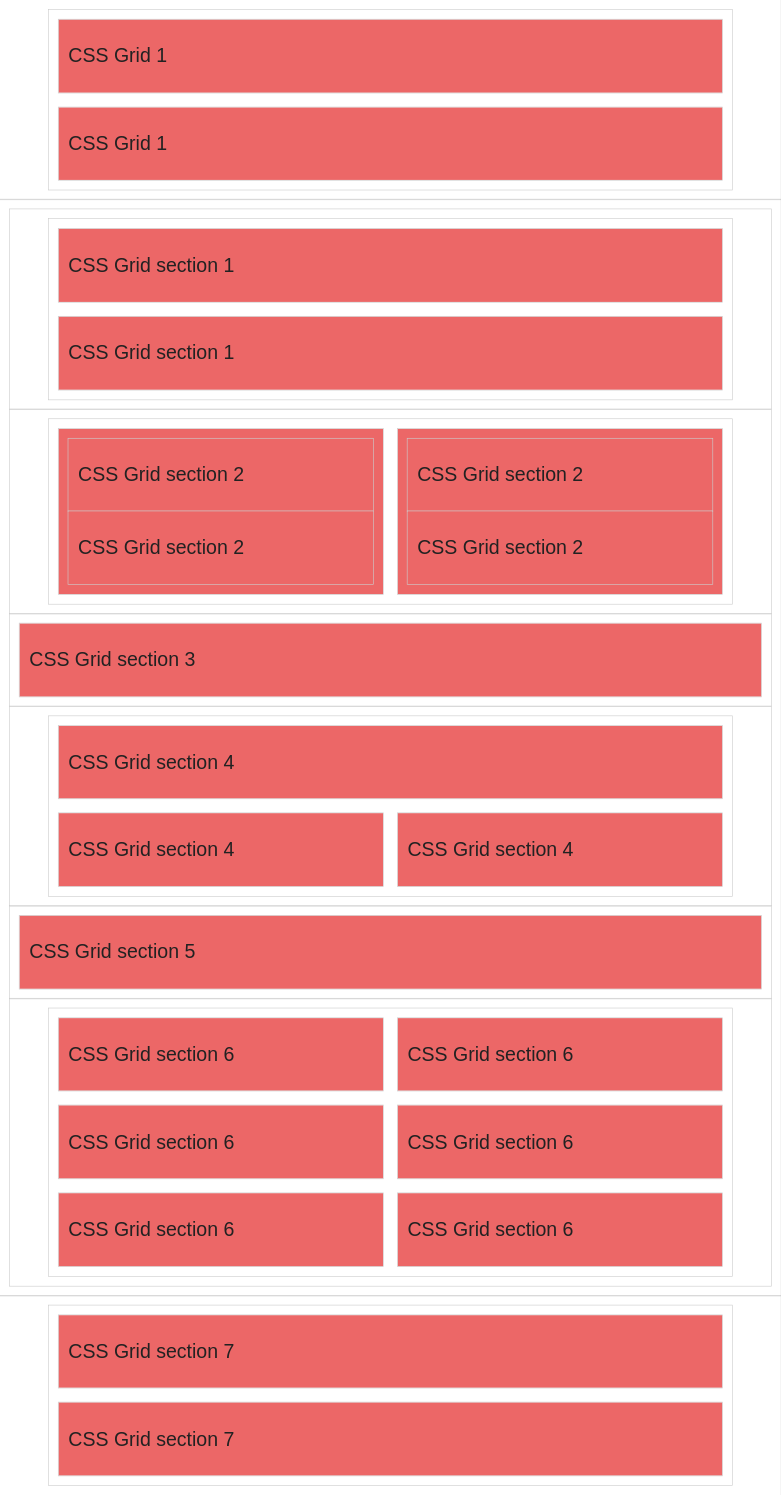
Repository: anoncoderin/madhu_kushal_html_layout
Page: metrosite_week4hw/index.html
An editor plug-in stored every save of this project. The page is shown before and after a run of saves, followed by the edit.
The browser window is 1280 px wide. The pictures show the whole page, at 61% of full size.

Above is the page before, as saved 2023-01-28 11:03:50.

### metrosite_week4hw/index.html
<!doctype html>
<html class="no-js" lang="EN">

<head>
  <meta charset="utf-8">
  <title>Metrolics</title>
  <meta name="description" content="Some demo test website">
  <meta name="viewport" content="width=device-width, initial-scale=1">

  <meta property="og:title" content="">
  <meta property="og:type" content="">
  <meta property="og:url" content="">
  <meta property="og:image" content="">

  <link rel="manifest" href="site.webmanifest">
  <link rel="apple-touch-icon" href="icon.png">
  <!-- Place favicon.ico in the root directory -->

  <link rel="stylesheet" href="css/normalize.css">
  <link rel="stylesheet" href="css/main.css">

  <meta name="theme-color" content="#fafafa">
</head>

<body>


  <script src="js/vendor/modernizr-3.11.2.min.js"></script>
  <script src="js/plugins.js"></script>
  <script src="js/main.js"></script>

  <!-- Google Analytics: change UA-XXXXX-Y to be your site's ID. -->
  <script>
    window.ga = function () { ga.q.push(arguments) }; ga.q = []; ga.l = +new Date;
    ga('create', 'UA-XXXXX-Y', 'auto'); ga('set', 'anonymizeIp', true); ga('set', 'transport', 'beacon'); ga('send', 'pageview')
  </script>
  <script src="https://www.google-analytics.com/analytics.js" async></script>

  <script src="js/vendor/modernizr-3.11.2.min.js"></script>
  <script src="js/plugins.js"></script>
  <script src="js/main.js"></script>

  <!-- Google Analytics: change UA-XXXXX-Y to be your site's ID. -->
  <script>
    window.ga = function () { ga.q.push(arguments) }; ga.q = []; ga.l = +new Date;
    ga('create', 'UA-XXXXX-Y', 'auto'); ga('set', 'anonymizeIp', true); ga('set', 'transport', 'beacon'); ga('send', 'pageview')
  </script>
  <script src="https://www.google-analytics.com/analytics.js" async></script>





  <header class="">
    <div class="row">
      <div class="col">
        <h1>CSS Grid 1</h1>
      </div>
      <div class="col">
        <h1>CSS Grid 1</h1>
      </div>
    </div>

  </header>


  <div class="main-container">
    <section>

      <div class="row">
        <div class="col">
          <h1>CSS Grid section 1</h1>
        </div>
        <div class="col">
          <h1>CSS Grid section 1</h1>
        </div>
      </div>


    </section>

    <section>

      <div class="row tab-col-2 ">
        <div class="col">
          <div class="col">
            <h1>CSS Grid section 2</h1>
          </div>
          <div class="col">
            <h1>CSS Grid section 2</h1>
          </div>
        </div>
        <div class="col">

          <div class="col">
            <h1>CSS Grid section 2</h1>
          </div>
          <div class="col">
            <h1>CSS Grid section 2</h1>
          </div>
        </div>
      </div>


    </section>
    <section>
      <div class="col">
        <h1>CSS Grid section 3</h1>
      </div>
    </section>

    <section>

      <div class="row tab-col-2 ",>
        <div class="col tab-row-span">

          <h1>CSS Grid section 4</h1>

        </div>
        <div class="col">
          <h1>CSS Grid section 4</h1>
        </div>

        <div class="col">

          <h1>CSS Grid section 4</h1>
        </div>



      </div>


    </section>

    <section>
      <div class="col">
        <h1>CSS Grid section 5</h1>
      </div>
    </section>

    <section>

      <div class="row tab-col-2">
        <div class="col">
          <h1>CSS Grid section 6</h1>
        </div>
        <div class="col">
          <h1>CSS Grid section 6</h1>
        </div>
        <div class="col">
          <h1>CSS Grid section 6</h1>
        </div>
        <div class="col">
          <h1>CSS Grid section 6</h1>
        </div>

        <div class="col">
          <h1>CSS Grid section 6</h1>
        </div>
        <div class="col">
          <h1>CSS Grid section 6</h1>
        </div>
      </div>
    </section>
  </div>

  <footer>
    <div class="row">
      <div class="col">
        <h1>CSS Grid section 7</h1>
      </div>
      <div class="col">
        <h1>CSS Grid section 7</h1>
      </div>
    </div>

  </footer>









</body>

</html>

### metrosite_week4hw/css/main.css
/*! HTML5 Boilerplate v8.0.0 | MIT License | https://html5boilerplate.com/ */

/* main.css 2.1.0 | MIT License | https://github.com/h5bp/main.css#readme */
/*
 * What follows is the result of much research on cross-browser styling.
 * Credit left inline and big thanks to Nicolas Gallagher, Jonathan Neal,
 * Kroc Camen, and the H5BP dev community and team.
 */

/* ==========================================================================
   Base styles: opinionated defaults
   ========================================================================== */

html {
  color: #222;
  font-size: 1em;
  line-height: 1.4;
}

/*
 * Remove text-shadow in selection highlight:
 * https://twitter.com/miketaylr/status/12228805301
 *
 * Vendor-prefixed and regular ::selection selectors cannot be combined:
 * https://stackoverflow.com/a/16982510/7133471
 *
 * Customize the background color to match your design.
 */

::-moz-selection {
  background: #b3d4fc;
  text-shadow: none;
}

::selection {
  background: #b3d4fc;
  text-shadow: none;
}

div,
main,
header,
section,
footer{
  outline: 1px solid #ccc;
  min-height: 1rem;
  padding: 1rem;
}

*,
*:before,
*:after{
  box-sizing: border-box;
}

img{
  width: 100%;
}


h1,
h2,
h3,
h4,
h5,
h6 {
  font-family:Arial, Helvetica, sans-serif;
  font-weight: 300;
}

p{
  font-family:Arial, Helvetica, sans-serif;
}

.row{
  display: grid;
  row-gap: 1rem;
}
.col{
  position: relative;
  background-color: rgb(236, 103, 103);
}

/* Small only */
@media screen and (max-width: 39.9375em) {}
/* Medium and up */
@media screen and (min-width: 40em) {
  .row{
    max-width: 70rem;
    column-gap: 1.5rem;
    row-gap: 1.5rem;
    margin: 0 auto;
  }
  .tab-col-2{
    grid-template-columns: 1fr 1fr;

  }
  .tab-col-3{
    grid-template-columns: repeat(3, 1fr);

}
.tab-col-4{
  grid-template-columns: repeat(4,1fr);
}

.tab-row-span{
  grid-column-start: 1;
  grid-column-end: -1;
}
}
/* Medium only */
@media screen and (min-width: 40em) and
(max-width: 63.9375em) {}
/* Large and up */
@media screen and (min-width: 64em) {}
/* Large only */
@media screen and (min-width: 64em) and
(max-width: 74.9375em) {}


/*
 * A better looking default horizontal rule
 */

hr {
  display: block;
  height: 1px;
  border: 0;
  border-top: 1px solid #ccc;
  margin: 1em 0;
  padding: 0;
}

/*
 * Remove the gap between audio, canvas, iframes,
 * images, videos and the bottom of their containers:
 * https://github.com/h5bp/html5-boilerplate/issues/440
 */

audio,
canvas,
iframe,
img,
svg,
video {
  vertical-align: middle;
}

/*
 * Remove default fieldset styles.
 */

fieldset {
  border: 0;
  margin: 0;
  padding: 0;
}

/*
 * Allow only vertical resizing of textareas.
 */

textarea {
  resize: vertical;
}

/* ==========================================================================
   Author's custom styles
   ========================================================================== */

/* ==========================================================================
   Helper classes
   ========================================================================== */

/*
 * Hide visually and from screen readers
 */

.hidden,
[hidden] {
  display: none !important;
}

/*
 * Hide only visually, but have it available for screen readers:
 * https://snook.ca/archives/html_and_css/hiding-content-for-accessibility
 *
 * 1. For long content, line feeds are not interpreted as spaces and small width
 *    causes content to wrap 1 word per line:
 *    https://medium.com/@jessebeach/beware-smushed-off-screen-accessible-text-5952a4c2cbfe
 */

.sr-only {
  border: 0;
  clip: rect(0, 0, 0, 0);
  height: 1px;
  margin: -1px;
  overflow: hidden;
  padding: 0;
  position: absolute;
  white-space: nowrap;
  width: 1px;
  /* 1 */
}

/*
 * Extends the .sr-only class to allow the element
 * to be focusable when navigated to via the keyboard:
 * https://www.drupal.org/node/897638
 */

.sr-only.focusable:active,
.sr-only.focusable:focus {
  clip: auto;
  height: auto;
  margin: 0;
  overflow: visible;
  position: static;
  white-space: inherit;
  width: auto;
}

/*
 * Hide visually and from screen readers, but maintain layout
 */

.invisible {
  visibility: hidden;
}

/*
 * Clearfix: contain floats
 *
 * For modern browsers
 * 1. The space content is one way to avoid an Opera bug when the
 *    `contenteditable` attribute is included anywhere else in the document.
 *    Otherwise it causes space to appear at the top and bottom of elements
 *    that receive the `clearfix` class.
 * 2. The use of `table` rather than `block` is only necessary if using
 *    `:before` to contain the top-margins of child elements.
 */

.clearfix::before,
.clearfix::after {
  content: " ";
  display: table;
}

.clearfix::after {
  clear: both;
}

/* ==========================================================================
   EXAMPLE Media Queries for Responsive Design.
   These examples override the primary ('mobile first') styles.
   Modify as content requires.
   ========================================================================== */

@media only screen and (min-width: 35em) {
  /* Style adjustments for viewports that meet the condition */
}

@media print,
  (-webkit-min-device-pixel-ratio: 1.25),
  (min-resolution: 1.25dppx),
  (min-resolution: 120dpi) {
  /* Style adjustments for high resolution devices */
}

/* ==========================================================================
   Print styles.
   Inlined to avoid the additional HTTP request:
   https://www.phpied.com/delay-loading-your-print-css/
   ========================================================================== */

@media print {
  *,
  *::before,
  *::after {
    background: #fff !important;
    color: #000 !important;
    /* Black prints faster */
    box-shadow: none !important;
    text-shadow: none !important;
  }

  a,
  a:visited {
    text-decoration: underline;
  }

  a[href]::after {
    content: " (" attr(href) ")";
  }

  abbr[title]::after {
    content: " (" attr(title) ")";
  }

  /*
   * Don't show links that are fragment identifiers,
   * or use the `javascript:` pseudo protocol
   */
  a[href^="#"]::after,
  a[href^="javascript:"]::after {
    content: "";
  }

  pre {
    white-space: pre-wrap !important;
  }

  pre,
  blockquote {
    border: 1px solid #999;
    page-break-inside: avoid;
  }

  /*
   * Printing Tables:
   * https://web.archive.org/web/20180815150934/http://css-discuss.incutio.com/wiki/Printing_Tables
   */
  thead {
    display: table-header-group;
  }

  tr,
  img {
    page-break-inside: avoid;
  }

  p,
  h2,
  h3 {
    orphans: 3;
    widows: 3;
  }

  h2,
  h3 {
    page-break-after: avoid;
  }
}

### metrosite_week4hw/js/plugins.js
// Avoid `console` errors in browsers that lack a console.
(function() {
  var method;
  var noop = function () {};
  var methods = [
    'assert', 'clear', 'count', 'debug', 'dir', 'dirxml', 'error',
    'exception', 'group', 'groupCollapsed', 'groupEnd', 'info', 'log',
    'markTimeline', 'profile', 'profileEnd', 'table', 'time', 'timeEnd',
    'timeline', 'timelineEnd', 'timeStamp', 'trace', 'warn'
  ];
  var length = methods.length;
  var console = (window.console = window.console || {});

  while (length--) {
    method = methods[length];

    // Only stub undefined methods.
    if (!console[method]) {
      console[method] = noop;
    }
  }
}());

// Place any jQuery/helper plugins in here.

Loaded but not shown: metrosite_week4hw/css/normalize.css (library); metrosite_week4hw/js/vendor/modernizr-3.11.2.min.js (library); metrosite_week4hw/js/main.js (no stored copy; drawn as an empty file)

After the next 4 saves:
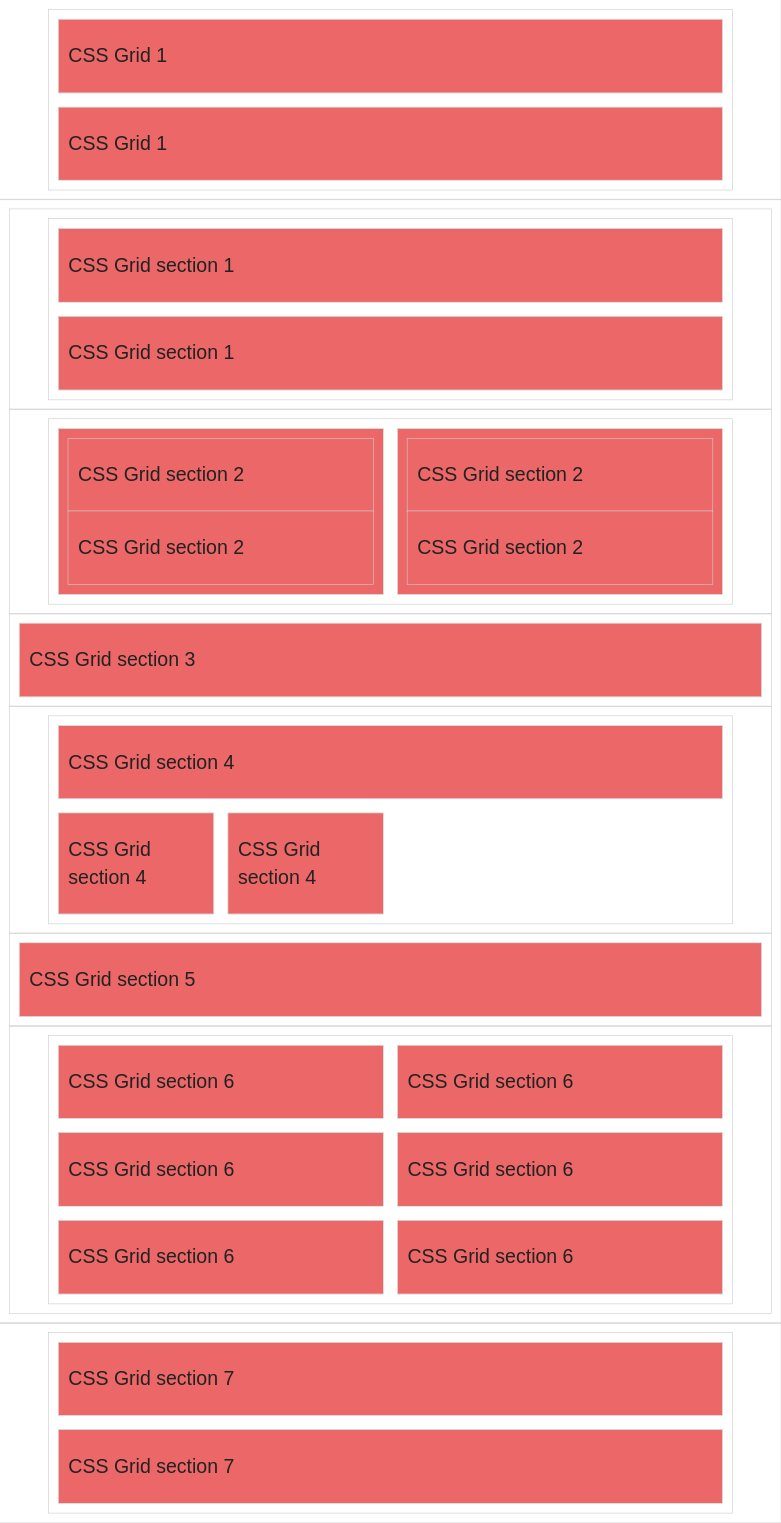
The 4 saves are shown as one change because they came seconds apart.
The last was saved 11 s later.
--- a/metrosite_week4hw/index.html
+++ b/metrosite_week4hw/index.html
@@ -111,7 +111,7 @@
 
     <section>
 
-      <div class="row tab-col-2 ",>
+      <div class="row tab-col-2 tab-col-4",>
         <div class="col tab-row-span">
 
           <h1>CSS Grid section 4</h1>

After the save that followed:
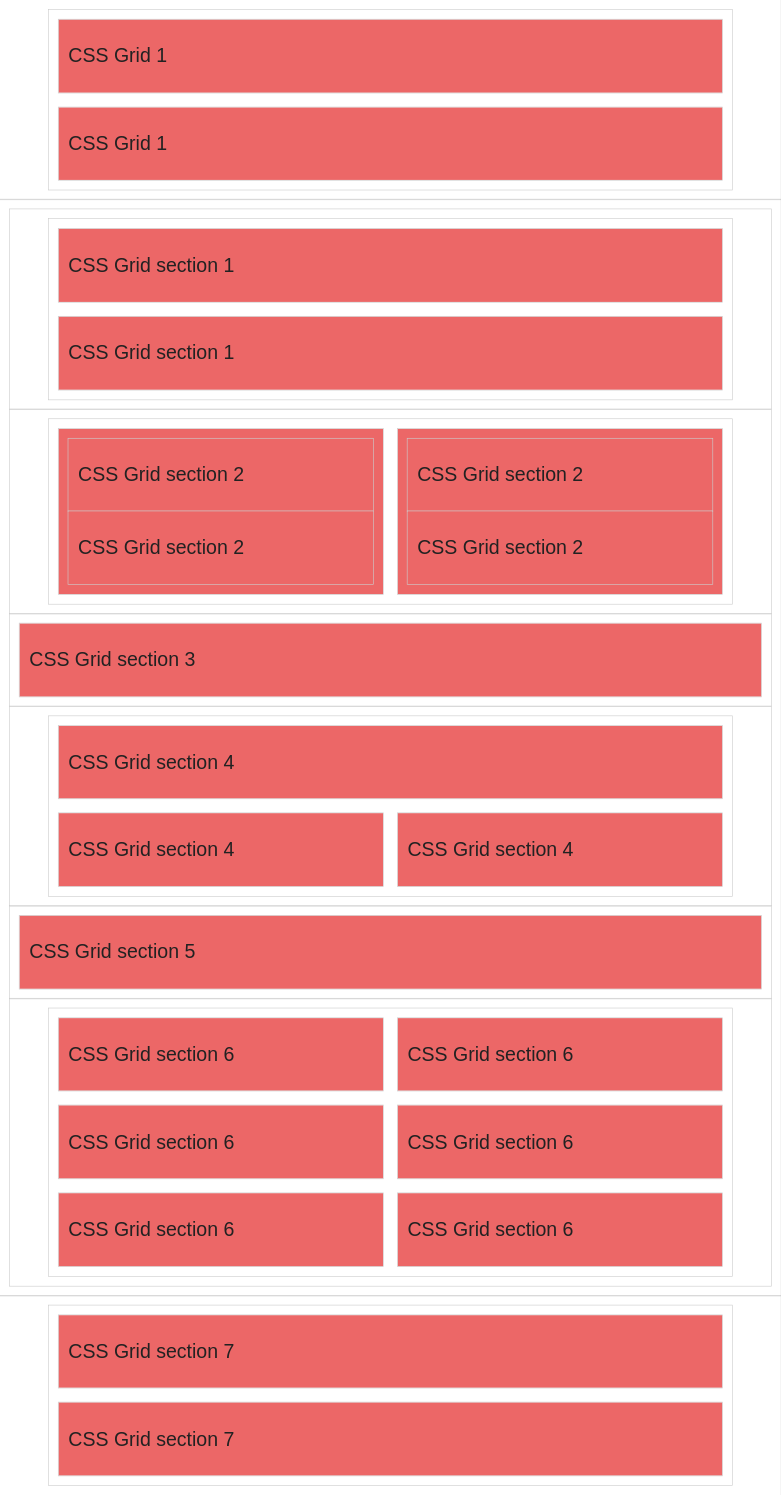
Saved 107 s later.
--- a/metrosite_week4hw/index.html
+++ b/metrosite_week4hw/index.html
@@ -111,7 +111,7 @@
 
     <section>
 
-      <div class="row tab-col-2 tab-col-4",>
+      <div class="row tab-col-2 ",>
         <div class="col tab-row-span">
 
           <h1>CSS Grid section 4</h1>
